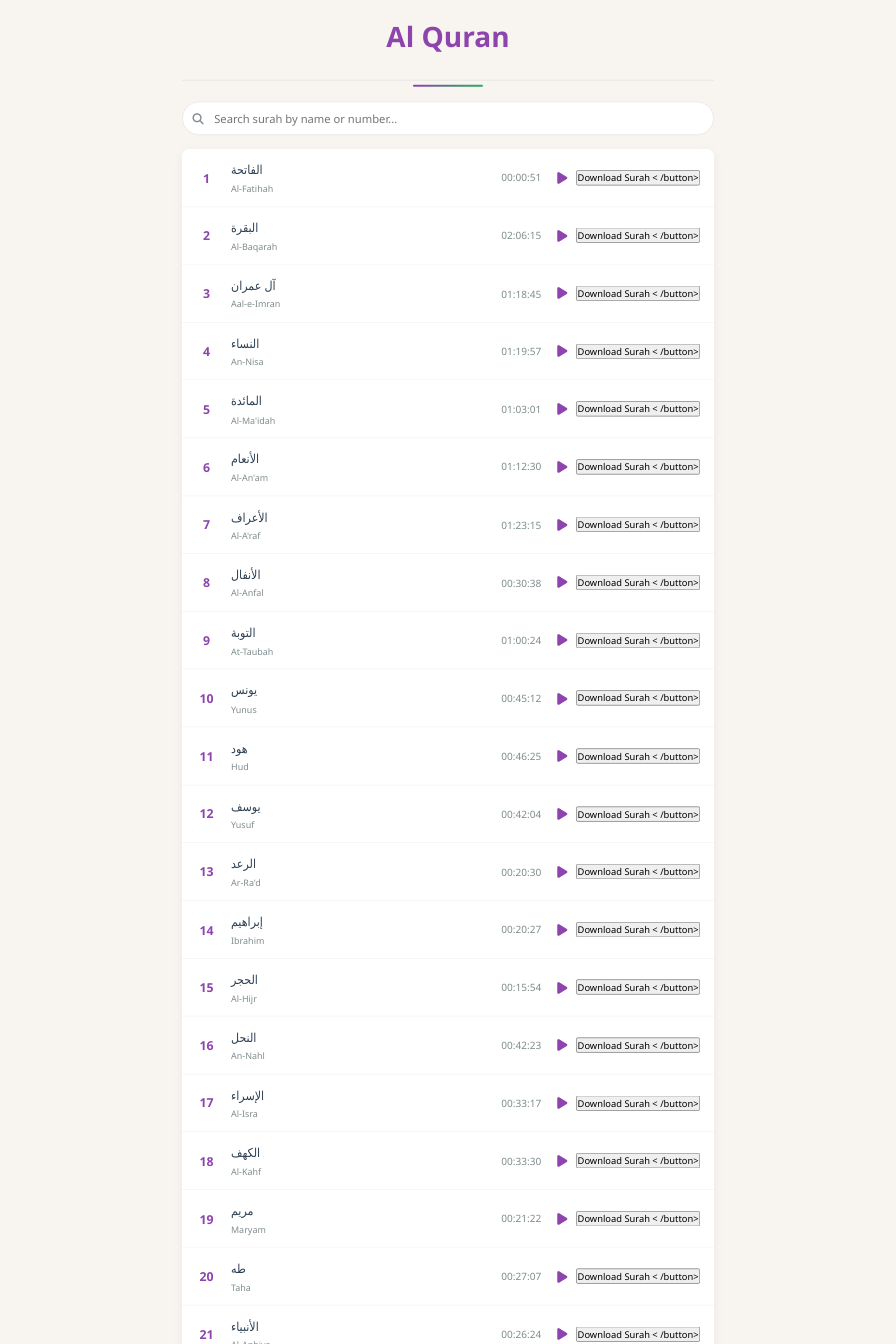
Repository: MohdKaarim/quran
Page: app/src/main/assets/Test.html
The author's editor kept a copy of each file at every save. The page is drawn from the files as they stood at one save, then again after a run of saves.
The browser window is 1280 px wide. The pictures show the part of the page from y = 0 to 1920 px (the page is 9811 px tall), at 70% of full size.

Above is the page before, as saved 2025-07-07 14:37:09.

### app/src/main/assets/Test.html
<!DOCTYPE html>
<html lang="en">
<head>
  <meta charset="UTF-8">
  <meta name="viewport" content="width=device-width, initial-scale=1.0">
  <title>Al Quran - Complete Surah List</title>
  <link rel="stylesheet" href="https://cdnjs.cloudflare.com/ajax/libs/font-awesome/6.4.0/css/all.min.css">
  <style>
    :root {
            --primary-color: #8e44ad;
            --secondary-color: #27ae60;
            --text-color: #2c3e50;
            --light-text: #7f8c8d;
            --bg-color: #f8f5f0;
            --card-bg: #ffffff;
            --border-color: #e1e1e1;
        }
        * {
            margin: 0;
            padding: 0;
            box-sizing: border-box;
            font-family: 'Segoe UI', Tahoma, Geneva, Verdana, sans-serif;
        }

    body {
            background-color: var(--bg-color);
            color: var(--text-color);
            line-height: 1.6;
        }

    .container {
            max-width: 800px;
            margin: 0 auto;
            padding: 20px;
            padding-bottom: 100px; /* Space for player */
        }

    header {
            text-align: center;
            margin-bottom: 30px;
            padding-bottom: 20px;
            border-bottom: 1px solid var(--border-color);
            position: relative;
        }

    h1 {
            color: var(--primary-color);
            font-size: 2.5rem;
            margin-bottom: 10px;
            font-weight: 700;

        }

    .header-decoration {
            position: absolute;
            bottom: -10px;
            left: 50%;
            transform: translateX(-50%);
            width: 100px;
            height: 3px;
            background: linear-gradient(90deg, var(--primary-color), var(--secondary-color));
            border-radius: 3px;
        }
        .search-container {
            margin-bottom: 20px;
            position: relative;
        }

        #search-input {
            width: 100%;
            padding: 12px 15px 12px 45px;
            border: 1px solid var(--border-color);
            border-radius: 25px;
            font-size: 1rem;
            outline: none;
            transition: all 0.3s;
            background-color: var(--card-bg);
        }

        #search-input:focus {
            border-color: var(--primary-color);
            box-shadow: 0 0 8px rgba(142, 68, 173, 0.2);
        }

        .search-icon {
            position: absolute;
            left: 15px;
            top: 50%;
            transform: translateY(-50%);
            color: var(--light-text);
        }

    .surah-list {
            background-color: var(--card-bg);
            border-radius: 10px;
            box-shadow: 0 4px 15px rgba(0,0,0,0.05);
            overflow: hidden;
            margin-bottom: 30px;
        }

    .surah-item {
            display: flex;
            justify-content: space-between;
            align-items: center;
            padding: 15px 20px;
            border-bottom: 1px solid rgba(0,0,0,0.05);
            transition: all 0.2s;
            position: relative;
        }

    .surah-item:last-child {
      border-bottom: none;
    }

    .surah-item:hover {
            background-color: rgba(142, 68, 173, 0.03);
        }

    .surah-number {
            color: var(--primary-color);
            font-weight: bold;
            width: 30px;
            text-align: center;
            font-size: 1.1rem;
        }
    .surah-name {
            flex-grow: 1;
            padding: 0 20px;
            font-size: 1.1rem;
            font-weight: 500;
        }

        .surah-name-en {
            display: block;
            font-size: 0.8rem;
            color: var(--light-text);
            margin-top: 3px;
        }

        .surah-duration {
            color: var(--light-text);
            font-size: 0.9rem;
            width: 70px;
            text-align: right;
        }

    .play-btn {
            background: none;
            border: none;
            color: var(--primary-color);
            font-size: 1.2rem;
            cursor: pointer;
            width: 40px;
            height: 40px;
            border-radius: 50%;
            display: flex;
            align-items: center;
            justify-content: center;
            transition: all 0.2s;
            margin-left: 10px;
        }
      .download-btn {
            background: none;
            border: none;
            color: var(--primary-color);
            font-size: 1.2rem;
            cursor: pointer;
            width: 40px;
            height: 40px;
            border-radius: 50%;
            display: flex;
            align-items: center;
            justify-content: center;
            transition: all 0.2s;
            margin-left: 10px;
        }

    .play-btn:hover {
            background-color: rgba(142, 68, 173, 0.1);
            transform: scale(1.1);
        }
        .no-results {
            padding: 30px;
            text-align: center;
            color: var(--light-text);
            display: none;
        }

        p{
          text-align: center;
          font-weight: bold;
          }
  </style>
</head>
<body>
  <div class="container">
  <header>
  <h1>Al Quran</h1>
  <div class="header-decoration"></div>
    </header>

  <div class="search-container">
        <i class="fas fa-search search-icon"></i>
        <label for="search-input"></label><input type="text" id="search-input" placeholder="Search surah by name or number...">
  </div>

  <div class="surah-list" id="surah-list">
        <div class="no-results" id="no-results">
            <i class="fas fa-search" style="font-size: 2rem; margin-bottom: 10px;"></i>
            <p>No surahs found matching your search</p>
        </div>
    </div>
  <footer>
        <p>© 2025 AL Quran Web App | All Rights Reserved</p>
        <p>Created by Mohammed Karim</p>
    </footer>
</div>
  <script>
    const surahs = [
        {
          number: 1,
          name: "الفاتحة",
          nameEn: "Al-Fatihah",
          duration: "00:00:51"  },
        {
          number: 2,
          name: "البقرة",
          nameEn: "Al-Baqarah",
          duration: "02:06:15"  },
        {
          number: 3,
          name: "آل عمران",
          nameEn: "Aal-e-Imran",
          duration: "01:18:45"  },
        {
          number: 4,
          name: "النساء",
          nameEn: "An-Nisa",
          duration: "01:19:57"  },
        {
          number: 5,
          name: "المائدة",
          nameEn: "Al-Ma'idah",
          duration: "01:03:01"  },
        {
          number: 6,
          name: "الأنعام",
          nameEn: "Al-An'am",
          duration: "01:12:30"  },
        {
          number: 7,
          name: "الأعراف",
          nameEn: "Al-A'raf",
          duration: "01:23:15"  },
        {
          number: 8,
          name: "الأنفال",
          nameEn: "Al-Anfal",
          duration: "00:30:38"  },
        {
          number: 9,
          name: "التوبة",
          nameEn: "At-Taubah",
          duration: "01:00:24"  },
        {
          number: 10,
          name: "يونس",
          nameEn: "Yunus",
          duration: "00:45:12"  },
        {
          number: 11,
          name: "هود",
          nameEn: "Hud",
          duration: "00:46:25"  },
        {
          number: 12,
          name: "يوسف",
          nameEn: "Yusuf",
          duration: "00:42:04"  },
        {
          number: 13,
          name: "الرعد",
          nameEn: "Ar-Ra'd",
          duration: "00:20:30"  },
        {
          number: 14,
          name: "إبراهيم",
          nameEn: "Ibrahim",
          duration: "00:20:27"  },
        {
          number: 15,
          name: "الحجر",
          nameEn: "Al-Hijr",
          duration: "00:15:54"  },
        {
          number: 16,
          name: "النحل",
          nameEn: "An-Nahl",
          duration: "00:42:23"  },
        {
          number: 17,
          name: "الإسراء",
          nameEn: "Al-Isra",
          duration: "00:33:17"  },
        {
          number: 18,
          name: "الكهف",
          nameEn: "Al-Kahf",
          duration: "00:33:30"  },
        {
          number: 19,
          name: "مريم",
          nameEn: "Maryam",
          duration: "00:21:22"  },
        {
          number: 20,
          name: "طه",
          nameEn: "Taha",
          duration: "00:27:07"  },
        {
          number: 21,
          name: "الأنبياء",
          nameEn: "Al-Anbiya",
          duration: "00:26:24"  },
        {
          number: 22,
          name: "الحج",
          nameEn: "Al-Hajj",
          duration: "00:29:32"  },
        {
          number: 23,
          name: "المؤمنون",
          nameEn: "Al-Mu'minun",
          duration: "00:24:59"  },
        {
          number: 24,
          name: "النور",
          nameEn: "An-Nur",
          duration: "00:30:40"  },
        {
          number: 25,
          name: "الفرقان",
          nameEn: "Al-Furqan",
          duration: "00:18:21"  },
        {
          number: 26,
          name: "الشعراء",
          nameEn: "Ash-Shu'ara",
          duration: "00:30:46"  },
        {
          number: 27,
          name: "النمل",
          nameEn: "An-Naml",
          duration: "00:26:12"  },
        {
          number: 28,
          name: "القصص",
          nameEn: "Al-Qasas",
          duration: "00:31:43"  },
        {
          number: 29,
          name: "العنكبوت",
          nameEn: "Al-Ankabut",
          duration: "00:21:25"  },
        {
          number: 30,
          name: "الروم",
          nameEn: "Ar-Rum",
          duration: "00:19:31"  },
        {
          number: 31,
          name: "لقمان",
          nameEn: "Luqman",
          duration: "00:11:55"  },
        {
          number: 32,
          name: "السجدة",
          nameEn: "As-Sajdah",
          duration: "00:08:43"  },
        {
          number: 33,
          name: "الأحزاب",
          nameEn: "Al-Ahzab",
          duration: "00:29:17"  },
        {
          number: 34,
          name: "سبإ",
          nameEn: "Saba",
          duration: "00:19:02"  },
        {
          number: 35,
          name: "فاطر",
          nameEn: "Fatir",
          duration: "00:17:36"  },
        {
          number: 36,
          name: "يس",
          nameEn: "Ya-Sin",
          duration: "00:17:39"  },
        {
          number: 37,
          name: "الصافات",
          nameEn: "As-Saffat",
          duration: "00:24:24"  },
        {
          number: 38,
          name: "ص",
          nameEn: "Sad",
          duration: "00:17:49"  },
        {
          number: 39,
          name: "الزمر",
          nameEn: "Az-Zumar",
          duration: "00:27:09"  },
        {
          number: 40,
          name: "غافر",
          nameEn: "Ghafir",
          duration: "00:26:22"  },
        {
          number: 41,
          name: "فصلت",
          nameEn: "Fussilat",
          duration: "00:19:20"  },
        {
          number: 42,
          name: "الشورى",
          nameEn: "Ash-Shura",
          duration: "00:19:29"  },
        {
          number: 43,
          name: "الزخرف",
          nameEn: "Az-Zukhruf",
          duration: "00:20:28"  },
        {
          number: 44,
          name: "الدخان",
          nameEn: "Ad-Dukhan",
          duration: "00:09:51"  },
        {
          number: 45,
          name: "الجاثية",
          nameEn: "Al-Jathiyah",
          duration: "00:10:50"  },
        {
          number: 46,
          name: "الأحقاف",
          nameEn: "Al-Ahqaf",
          duration: "00:15:57"  },
        {
          number: 47,
          name: "محمد",
          nameEn: "Muhammad",
          duration: "00:12:17"  },
        {
          number: 48,
          name: "الفتح",
          nameEn: "Al-Fath",
          duration: "00:12:01"  },
        {
          number: 49,
          name: "الحجرات",
          nameEn: "Al-Hujurat",
          duration: "00:08:35"  },
        {
          number: 50,
          name: "ق",
          nameEn: "Qaf",
          duration: "00:09:19"  },
        {
          number: 51,
          name: "الذاريات",
          nameEn: "Adh-Dhariyat",
          duration: "00:09:04"  },
        {
          number: 52,
          name: "الطور",
          nameEn: "At-Tur",
          duration: "00:08:05"  },
        {
          number: 53,
          name: "النجم",
          nameEn: "An-Najm",
          duration: "00:07:41"  },
        {
          number: 54,
          name: "القمر",
          nameEn: "Al-Qamar",
          duration: "00:08:02"  },
        {
          number: 55,
          name: "الرحمن",
          nameEn: "Ar-Rahman",
          duration: "00:11:19"  },
        {
          number: 56,
          name: "الواقعة",
          nameEn: "Al-Waqi'ah",
          duration: "00:11:56"  },
        {
          number: 57,
          name: "الحديد",
          nameEn: "Al-Hadid",
          duration: "00:13:42"  },
        {
          number: 58,
          name: "المجادلة",
          nameEn: "Al-Mujadila",
          duration: "00:10:13"  },
        {
          number: 59,
          name: "الحشر",
          nameEn: "Al-Hashr",
          duration: "00:10:26"  },
        {
          number: 60,
          name: "الممتحنة",
          nameEn: "Al-Mumtahanah",
          duration: "00:07:31"  },
        {
          number: 61,
          name: "الصف",
          nameEn: "As-Saff",
          duration: "00:04:52"  },
        {
          number: 62,
          name: "الجمعة",
          nameEn: "Al-Jumu'ah",
          duration: "00:03:33"  },
        {
          number: 63,
          name: "المنافقون",
          nameEn: "Al-Munafiqun",
          duration: "00:04:18"  },
        {
          number: 64,
          name: "التغابن",
          nameEn: "At-Taghabun",
          duration: "00:05:24"  },
        {
          number: 65,
          name: "الطلاق",
          nameEn: "At-Talaq",
          duration: "00:06:01"  },
        {
          number: 66,
          name: "التحريم",
          nameEn: "At-Tahrim",
          duration: "00:06:12"  },
        {
          number: 67,
          name: "الملك",
          nameEn: "Al-Mulk",
          duration: "00:07:35"  },
        {
          number: 68,
          name: "القلم",
          nameEn: "Al-Qalam",
          duration: "00:07:36"  },
        {
          number: 69,
          name: "الحاقة",
          nameEn: "Al-Haqqah",
          duration: "00:06:45"  },
        {
          number: 70,
          name: "المعارج",
          nameEn: "Al-Ma'arij",
          duration: "00:05:17"  },
        {
          number: 71,
          name: "نوح",
          nameEn: "Nuh",
          duration: "00:04:40"  },
        {
          number: 72,
          name: "الجن",
          nameEn: "Al-Jinn",
          duration: "00:05:34"  },
        {
          number: 73,
          name: "المزمل",
          nameEn: "Al-Muzzammil",
          duration: "00:04:04"  },
        {
          number: 74,
          name: "المدثر",
          nameEn: "Al-Muddathir",
          duration: "00:05:24"  },
        {
          number: 75,
          name: "القيامة",
          nameEn: "Al-Qiyamah",
          duration: "00:03:31"  },
        {
          number: 76,
          name: "الإنسان",
          nameEn: "Al-Insan",
          duration: "00:05:14"  },
        {
          number: 77,
          name: "المرسلات",
          nameEn: "Al-Mursalat",
          duration: "00:04:59"  },
        {
          number: 78,
          name: "النبأ",
          nameEn: "An-Naba",
          duration: "00:04:52"  },
        {
          number: 79,
          name: "النازعات",
          nameEn: "An-Nazi'at",
          duration: "00:04:16"  },
        {
          number: 80,
          name: "عبس",
          nameEn: "Abasa",
          duration: "00:03:40"  },
        {
          number: 81,
          name: "التكوير",
          nameEn: "At-Takwir",
          duration: "00:02:38"  },
        {
          number: 82,
          name: "الإنفطار",
          nameEn: "Al-Infitar",
          duration: "00:02:16"  },
        {
          number: 83,
          name: "المطففين",
          nameEn: "Al-Mutaffifin",
          duration: "00:05:10"  },
        {
          number: 84,
          name: "الإنشقاق",
          nameEn: "Al-Inshiqaq",
          duration: "00:02:40"  },
        {
          number: 85,
          name: "البروج",
          nameEn: "Al-Buruj",
          duration: "00:03:18"  },
        {
          number: 86,
          name: "الطارق",
          nameEn: "At-Tariq",
          duration: "00:01:40"  },
        {
          number: 87,
          name: "الأعلى",
          nameEn: "Al-A'la",
          duration: "00:01:47"  },
        {
          number: 88,
          name: "الغاشية",
          nameEn: "Al-Ghashiyah",
          duration: "00:02:14"  },
        {
          number: 89,
          name: "الفجر",
          nameEn: "Al-Fajr",
          duration: "00:03:32"  },
        {
          number: 90,
          name: "البلد",
          nameEn: "Al-Balad",
          duration: "00:02:00"  },
        {
          number: 91,
          name: "الشمس",
          nameEn: "Ash-Shams",
          duration: "00:01:24"  },
        {
          number: 92,
          name: "الليل",
          nameEn: "Al-Lail",
          duration: "00:01:51"  },
        {
          number: 93,
          name: "الضحى",
          nameEn: "Ad-Duha",
          duration: "00:01:05"  },
        {
          number: 94,
          name: "الشرح",
          nameEn: "Ash-Sharh",
          duration: "00:00:42"  },
        {
          number: 95,
          name: "التين",
          nameEn: "At-Tin",
          duration: "00:01:04"  },
        {
          number: 96,
          name: "العلق",
          nameEn: "Al-Alaq",
          duration: "00:01:35"  },
        {
          number: 97,
          name: "القدر",
          nameEn: "Al-Qadr",
          duration: "00:00:45"  },
        {
          number: 98,
          name: "البينة",
          nameEn: "Al-Bayyinah",
          duration: "00:02:06"  },
        {
          number: 99,
          name: "الزلزلة",
          nameEn: "Az-Zalzalah",
          duration: "00:00:59"  },
        {
          number: 100,
          name: "العاديات",
          nameEn: "Al-Adiyat",
          duration: "00:01:10"  },
        {
          number: 101,
          name: "القارعة",
          nameEn: "Al-Qari'ah",
          duration: "00:01:02"  },
        {
          number: 102,
          name: "التكاثر",
          nameEn: "At-Takathur",
          duration: "00:01:02"  },
        {
          number: 103,
          name: "العصر",
          nameEn: "Al-Asr",
          duration: "00:00:27"  },
        {
          number: 104,
          name: "الهمزة",
          nameEn: "Al-Humazah",
          duration: "00:00:58"  },
        {
          number: 105,
          name: "الفيل",
          nameEn: "Al-Fil",
          duration: "00:00:48"  },
        {
          number: 106,
          name: "قريش",
          nameEn: "Quraish",
          duration: "00:00:42"  },
        {
          number: 107,
          name: "الماعون",
          nameEn: "Al-Ma'un",
          duration: "00:00:57"  },
        {
          number: 108,
          name: "الكوثر",
          nameEn: "Al-Kawthar",
          duration: "00:00:24"  },
        {
          number: 109,
          name: "الكافرون",
          nameEn: "Al-Kafirun",
          duration: "00:00:54"  },
        {
          number: 110,
          name: "النصر",
          nameEn: "An-Nasr",
          duration: "00:00:34"  },
        {
          number: 111,
          name: "المسد",
          nameEn: "Al-Masad",
          duration: "00:00:41"  },
        {
          number: 112,
          name: "الإخلاص",
          nameEn: "Al-Ikhlas",
          duration: "00:00:21"  },
        {
          number: 113,
          name: "الفلق",
          nameEn: "Al-Falaq",
          duration: "00:00:33"  },
        {
          number: 114,
          name: "الناس",
          nameEn: "An-Nas",
          duration: "00:00:50"  }
      ]

    const surahListElement = document.getElementById('surah-list');
    const noResultsElement = document.getElementById('no-results');

    function renderSurahList(filteredSurahs = surahs) {
    surahListElement.innerHTML = '';
    noResultsElement.style.display = 'none';

    if (filteredSurahs.length === 0) {
        noResultsElement.style.display = 'block';
        return;
    }

    filteredSurahs.forEach(surah => {
        const surahItem = document.createElement('div');
        surahItem.className = 'surah-item';
        surahItem.innerHTML = `
            <div class="surah-number">${surah.number}</div>
            <div class="surah-name">
                ${surah.name}
                <span class="surah-name-en">${surah.nameEn}</span>
            </div>
            <div class="surah-duration">${surah.duration}</div>
            <button class="play-btn" onclick="playSurah(${surah.number})">
            <i class="fas fa-play"></i>
          </button>
          <a href="https://voluble-trifle-ea0803.netlify.app/001-al-fatihah.mp3" download id="downloadLink" style="display: none;"></a>
          <button onclick="document.getElementById('downloadLink').click()">
              Download Surah
<                 /button>

        `;
        surahListElement.appendChild(surahItem);
      });
    }

    function playSurah(number) {
    AndroidBridge.openSurahPage(number);
}
document.getElementById('search-input').addEventListener('input', function () {
    const searchTerm = this.value.toLowerCase();

    if (searchTerm === '') {
        renderSurahList();
        return;
    }

    const filteredSurahs = surahs.filter(surah =>
        surah.name.toLowerCase().includes(searchTerm) ||
        surah.nameEn.toLowerCase().includes(searchTerm) ||
        surah.number.toString().includes(searchTerm)
    );

    renderSurahList(filteredSurahs);
});

    renderSurahList();
  </script>
</body>
</html>

After the next 2 saves:
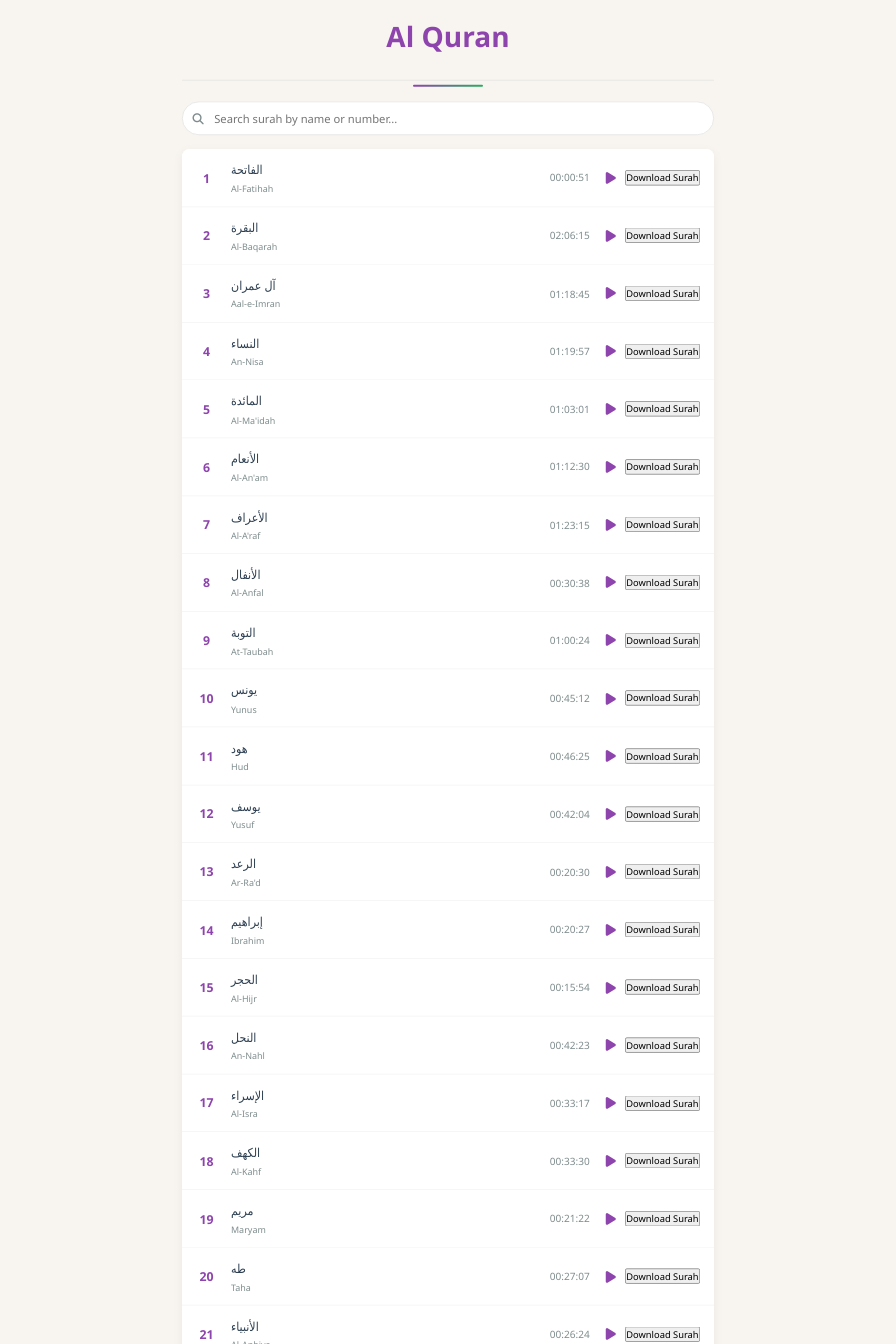
The 2 saves are shown as one change because they came seconds apart.
The last was saved 7 s later.
--- a/app/src/main/assets/Test.html
+++ b/app/src/main/assets/Test.html
@@ -817,7 +817,7 @@
           <a href="https://voluble-trifle-ea0803.netlify.app/001-al-fatihah.mp3" download id="downloadLink" style="display: none;"></a>
           <button onclick="document.getElementById('downloadLink').click()">
               Download Surah
-<                 /button>
+</button>
 
         `;
         surahListElement.appendChild(surahItem);
